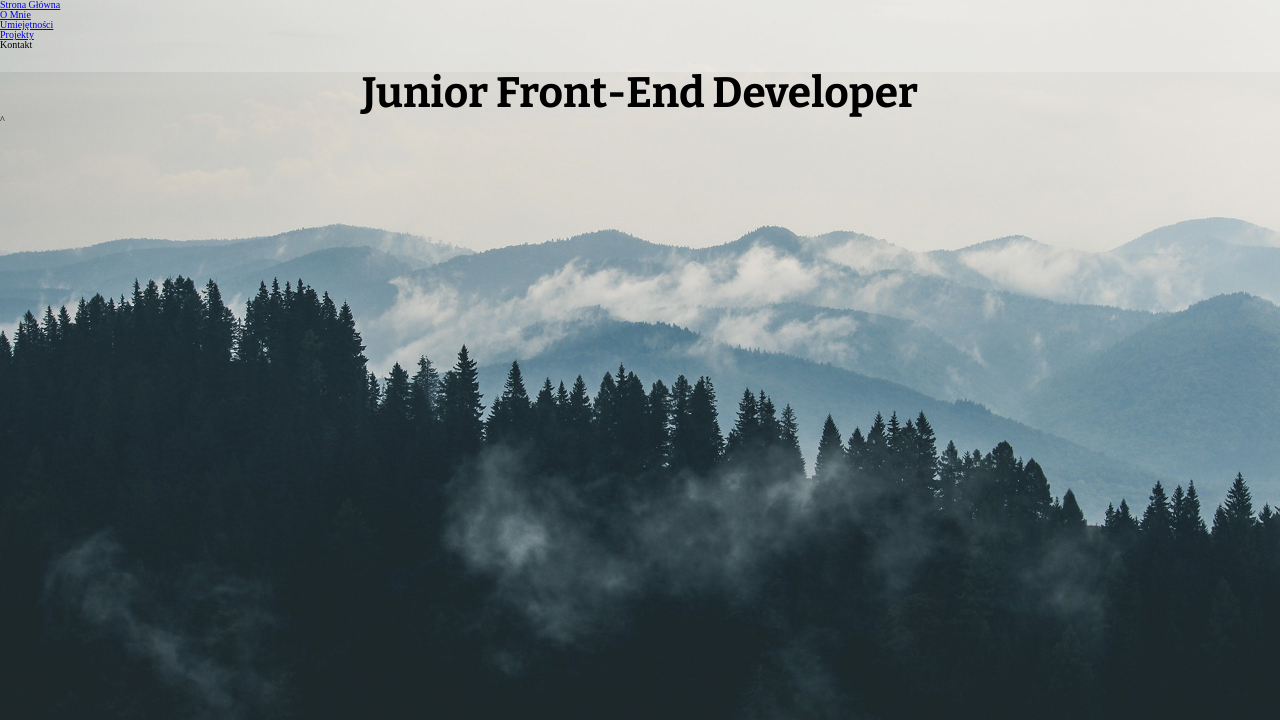
Repository: Maxs777/wizytowka
Page: index.html
The author's editor kept a copy of each file at every save. The page is drawn from the files as they stood at one save, then again after a run of saves.
The browser window is 1280 px wide. The pictures show the whole page.

Above is the page before, as saved 2019-03-09 21:48:50.

### index.html
<!DOCTYPE html>
<html lang="pl">
<head>
    <meta charset="UTF-8">
    <meta name="viewport" content="width=device-width, initial-scale=1.0">
    <meta http-equiv="X-UA-Compatible" content="ie=edge">
    <link rel="stylesheet" href="_css/style.css">
    <title>Strona-wizytówka</title>
    <meta name="description" content="Jest to moja pierwsza strona-wizytówka">
    <meta name="author" content="Maksymilian Suchocki">
    <link href="https://fonts.googleapis.com/css?family=Bitter:400i,700&amp;subset=latin-ext" rel="stylesheet">
    <link rel="stylesheet" href="https://use.fontawesome.com/releases/v5.7.2/css/all.css"
        integrity="sha384-fnmOCqbTlWIlj8LyTjo7mOUStjsKC4pOpQbqyi7RrhN7udi9RwhKkMHpvLbHG9Sr" crossorigin="anonymous">


</head>
<body>
   <div class="container">
       <header>
        <nav>
            <ul>
                <li><a href="#header">Strona Główna</a></li>
                <li><a href="#section1">O Mnie</a></li>
                <li><a href="#section2">Umiejętności</a></li>
                <li><a href="#section3">Projekty</a></li>
                <li><a href="#section4"></a>Kontakt</li>
            </ul>
        </nav>
           <h1>Junior Front-End Developer</h1>
           <div class="wrapper">^</div>
        </header>
       <section id="section1" class="aboutme">
           <article class="aboutme"></article>
           <article class="aboutme"></article>
       </section>
       <section id="section2" class="skills"></section>
       <section id="section3" class="project"></section>
       <section id="section4" class="contact"></section>
       <footer></footer>
   </div>
</body>
</html>

### _css/style.css
@import url('reset.css');

:root{
    /* -----------------------------fonts */
    font-size: 62.5%;
    /* font-family: 'Bitter', serif; */

    /*---------------------------- colors */
    --dark-blue-color: #2C3E50;
    --red-color: #E74C3C;
    --white-color: #ECF0F1;
    --main-blue: #3498DB;
    --second-blue: #2980B9;
    /* ---------------------------------- */
}

*,
*::after,
*::before{
    box-sizing: border-box;
}

h1, h2{
    font-family: 'Bitter',
    serif;
}

h1{
    font-size: 4.25rem;
    font-weight: bold;
    text-align: center;
}

nav{
    background-color: rgba(255, 255, 255, .2);
    height: 10vh;
    position: sticky;
    text-decoration: none;


}

.hide{
    position: absolute;
    clip:rect(0px 0px 0px 0px);
    *clip: rect(0 0 0 0);
}

header{
    height: 100vh;
    width: 100vw;
    background: url(../_assets/_img/background.jpg) center / cover;
    background: url
    /* overflow: hidden; */
}

Loaded but not shown: _css/reset.css (common file)

After the next 3 saves:
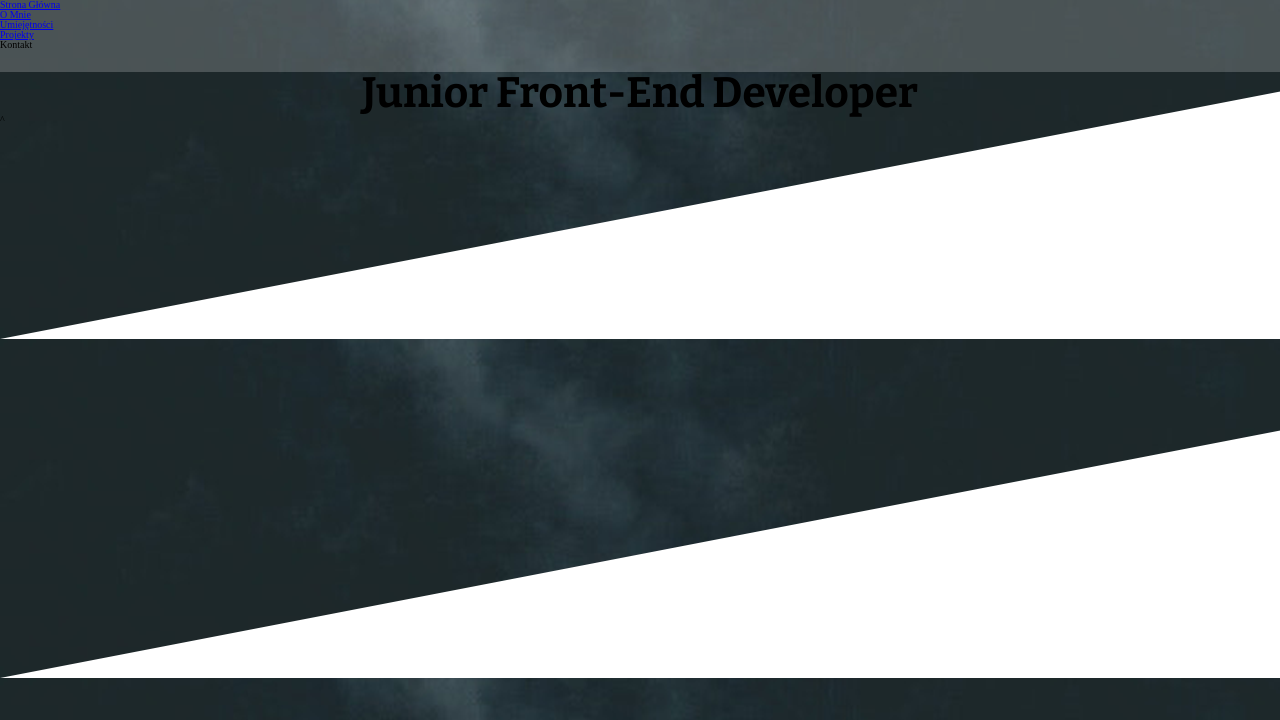
The 3 saves are shown as one change because they came seconds apart.
The last was saved 11 s later.
--- a/_css/style.css
+++ b/_css/style.css
@@ -50,6 +50,6 @@ header{
     height: 100vh;
     width: 100vw;
     background: url(../_assets/_img/background.jpg) center / cover;
-    background: url
+    background: url(../_assets/_img/background1.png)
     /* overflow: hidden; */
 }
